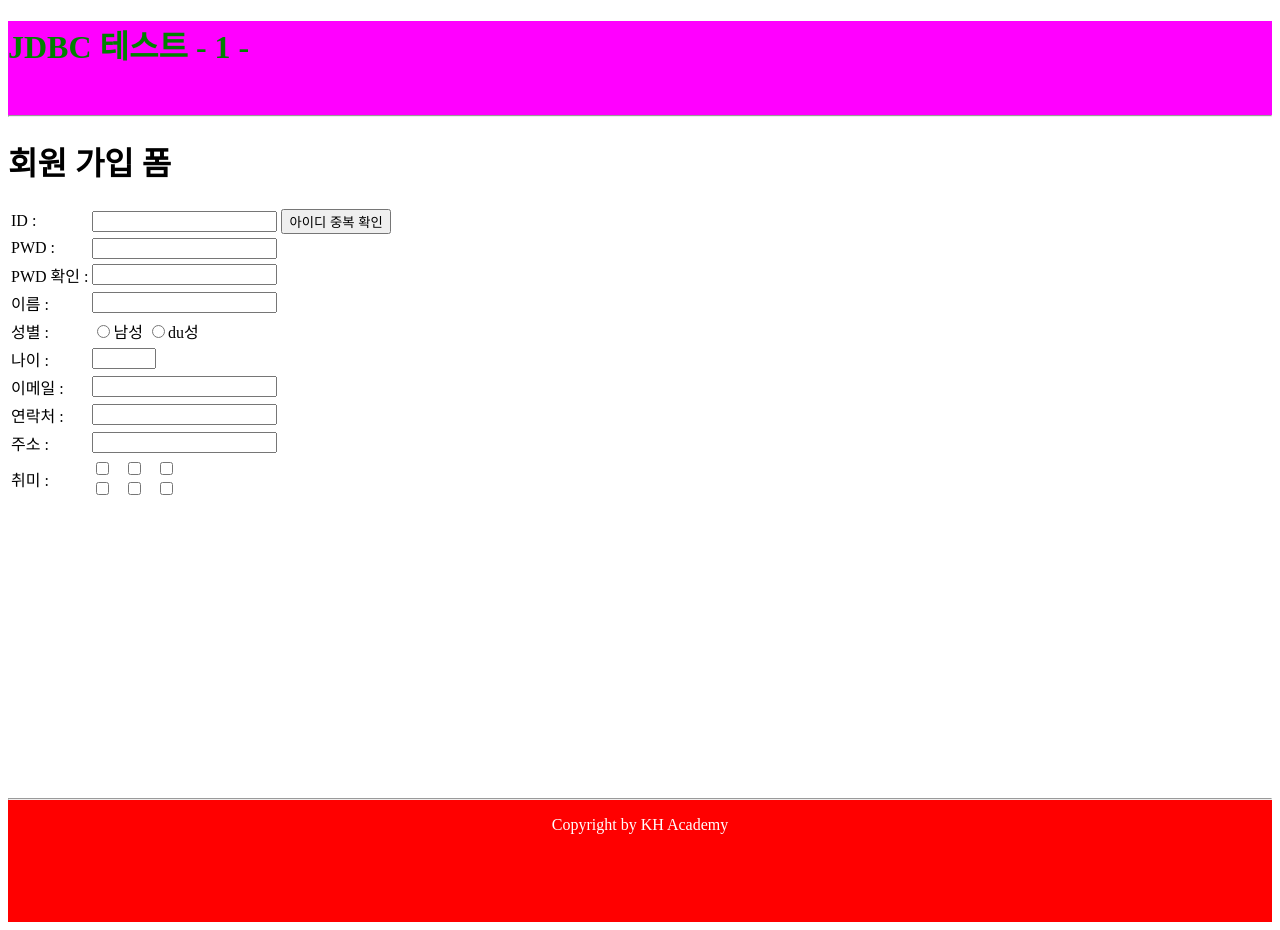
Repository: steeveelee2/WEB_Study
Page: http://localhost/JDBC1Project/views/member/memberJoin.jsp
An editor plug-in stored every save of this project. The page is shown before and after the next save, followed by the edit.
The browser window is 1280 px wide. The pictures show the whole page.
The page is served by Tomcat 9. Other server files are loaded and not shown.

Above is the page before, as saved 2018-10-16 05:15:33.

### webWorkspace/JDBC1Project/web/views/member/memberJoin.jsp
<%@ page language="java" contentType="text/html; charset=UTF-8"
    pageEncoding="UTF-8"%>
<!DOCTYPE html>
<html>
<head>
<meta charset="UTF-8">
<title>회원가입 폼</title>
</head>
<body>
	<%@ include file="/views/common/header.jsp" %>

	<h1>회원 가입 폼</h1>

	<form action="/jdbc1/mInsert.do" method="post">

		<table>

			<tr>
				<td>ID : </td>
				<td><input type="text" name="userId"/></td>
				<td><button type="button" id="dupBtn">아이디 중복 확인</button></td>
			</tr>
			<tr>
				<td>PWD : </td>
				<td><input type="password" name="userPwd" id="userPwd"/></td>
				<td></td>
			</tr>
			<tr>
				<td>PWD 확인 : </td>
				<td><input type="password" name="userPwd2" id="userPwd2"/></td>
				<td></td>
			</tr>
			<tr>
				<td>이름 : </td>
				<td><input type="text" name="userName"/></td>
				<td></td>
			</tr>
			<tr>
				<td>성별 : </td>
				<td>
					<input type="radio" name="gender" value="M"/>남성
					<input type="radio" name="gender" value="F"/>du성
				</td>
				<td></td>
			</tr>
			<tr>
				<td>나이 : </td>
				<td><input type="number" name="age" min="10" max="100"/></td>
				<td></td>
			</tr>
			<tr>
				<td>이메일 : </td>
				<td><input type="email" name="email"/></td>
				<td></td>
			</tr>
			<tr>
				<td>연락처 : </td>
				<td><input type="tel" name="phone"/></td>
				<td></td>
			</tr>
			<tr>
				<td>주소 : </td>
				<td><input type="text" name="address"/></td>
				<td></td>
			</tr>
			<tr>
				<td>취미 : </td>
				<td>
					<input type="checkbox" name="hobby"/>&nbsp;&nbsp;
					<input type="checkbox" name="hobby"/>&nbsp;&nbsp;
					<input type="checkbox" name="hobby"/><br>
					<input type="checkbox" name="hobby"/>&nbsp;&nbsp;
					<input type="checkbox" name="hobby"/>&nbsp;&nbsp;
					<input type="checkbox" name="hobby"/>
				</td>
				<td></td>
			</tr>

		</table>

	</form>

	<%@ include file="/views/common/footer.jsp" %>
</body>
</html>

### webWorkspace/JDBC1Project/web/views/common/header.jsp
<%@ page language="java" contentType="text/html; charset=UTF-8"
    pageEncoding="UTF-8"%>
<header style="background:magenta; color:green;">
	<h1>JDBC 테스트 - 1 -</h1>
	<br>
	<hr>
</header>

### webWorkspace/JDBC1Project/web/views/common/footer.jsp
<%@ page language="java" contentType="text/html; charset=UTF-8"
    pageEncoding="UTF-8"%>
<br><br><br><br>
<br><br><br><br>
<br><br><br><br>
<br><br><br><br>

<footer style="background:red; color:white;">
	<hr>
	<p align="center">
		Copyright by KH Academy
	</p>
	<br><br>
	<br><br>
</footer>

After the next save:
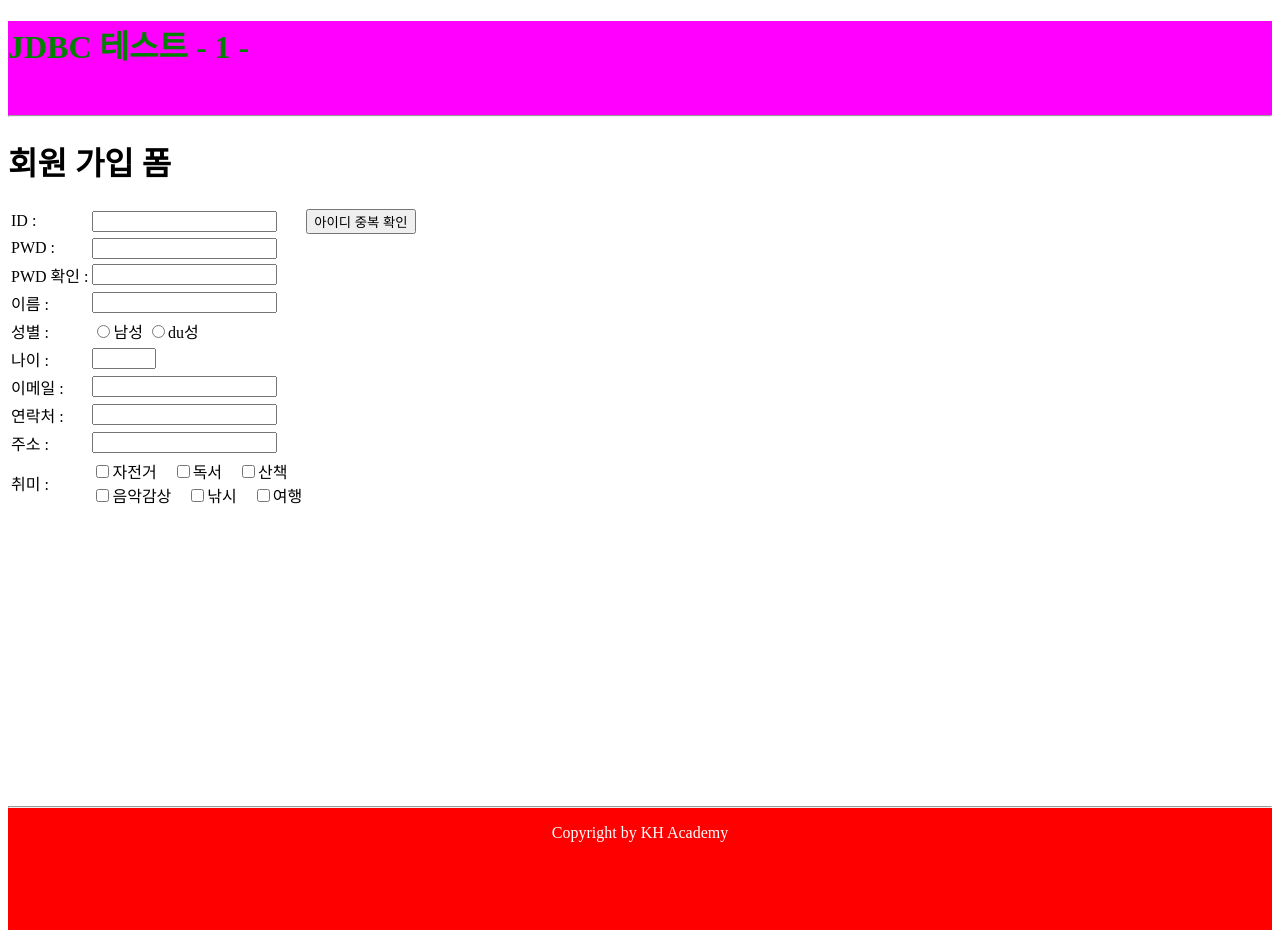
Saved 4 min 9 s later.
--- a/webWorkspace/JDBC1Project/web/views/member/memberJoin.jsp
+++ b/webWorkspace/JDBC1Project/web/views/member/memberJoin.jsp
@@ -66,12 +66,12 @@
 			<tr>
 				<td>취미 : </td>
 				<td>
-					<input type="checkbox" name="hobby"/>&nbsp;&nbsp;
-					<input type="checkbox" name="hobby"/>&nbsp;&nbsp;
-					<input type="checkbox" name="hobby"/><br>
-					<input type="checkbox" name="hobby"/>&nbsp;&nbsp;
-					<input type="checkbox" name="hobby"/>&nbsp;&nbsp;
-					<input type="checkbox" name="hobby"/>
+					<input type="checkbox" name="hobby" value="자전거"/>자전거 &nbsp;&nbsp;
+					<input type="checkbox" name="hobby" value="독서"/>독서 &nbsp;&nbsp;
+					<input type="checkbox" name="hobby" value="산책"/>산책 <br>
+					<input type="checkbox" name="hobby" value="음악감상"/>음악감상 &nbsp;&nbsp;
+					<input type="checkbox" name="hobby" value="낚시"/>낚시 &nbsp;&nbsp;
+					<input type="checkbox" name="hobby" value="여행"/>여행
 				</td>
 				<td></td>
 			</tr>
